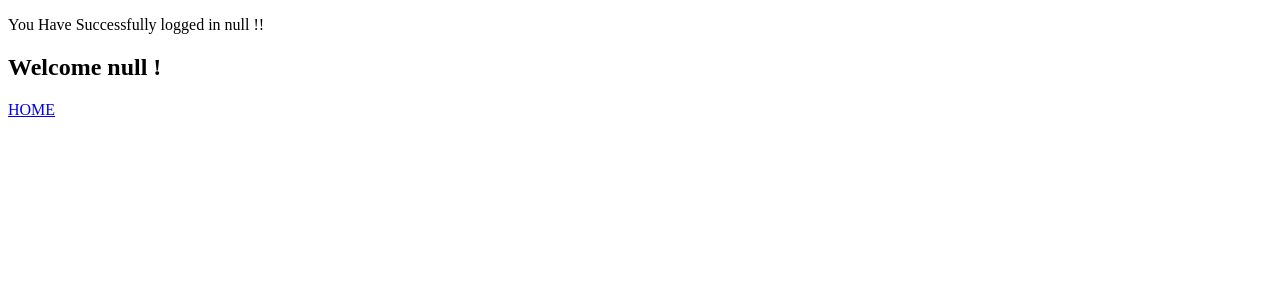
Repository: Bindu2296/allProjects
Page: http://localhost/Jspforms/log.jsp
An editor plug-in stored every save of this project. The page is shown before and after the next save, followed by the edit.
The browser window is 1280 px wide. The pictures show the whole page.
The page is served by Tomcat 9.

Above is the page before, as saved 2019-03-26 12:29:37.

After the next save:
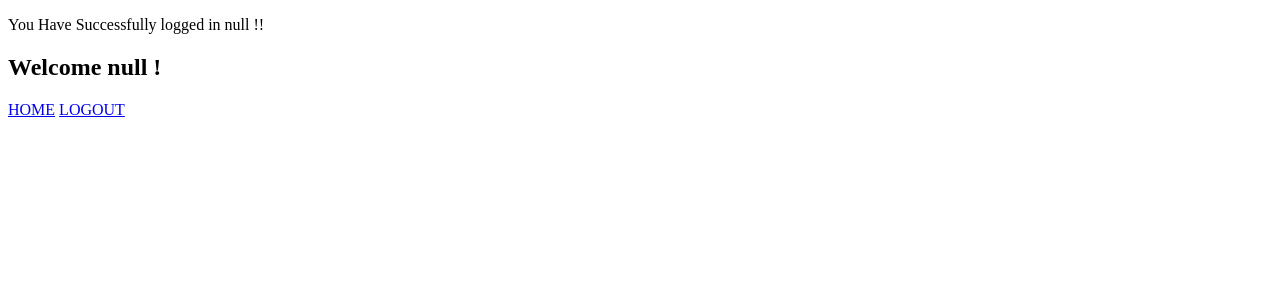
Saved 30 s later.
--- a/Jspforms/src/main/webapp/log.jsp
+++ b/Jspforms/src/main/webapp/log.jsp
@@ -11,3 +11,4 @@
 
 	<h2>Welcome <% out.println(pword); %>!</h2> </p>
 	<a href='index.jsp'>HOME</a></body>		</html>
+		<a href='logout.jsp'>LOGOUT</a></body>		</html>
